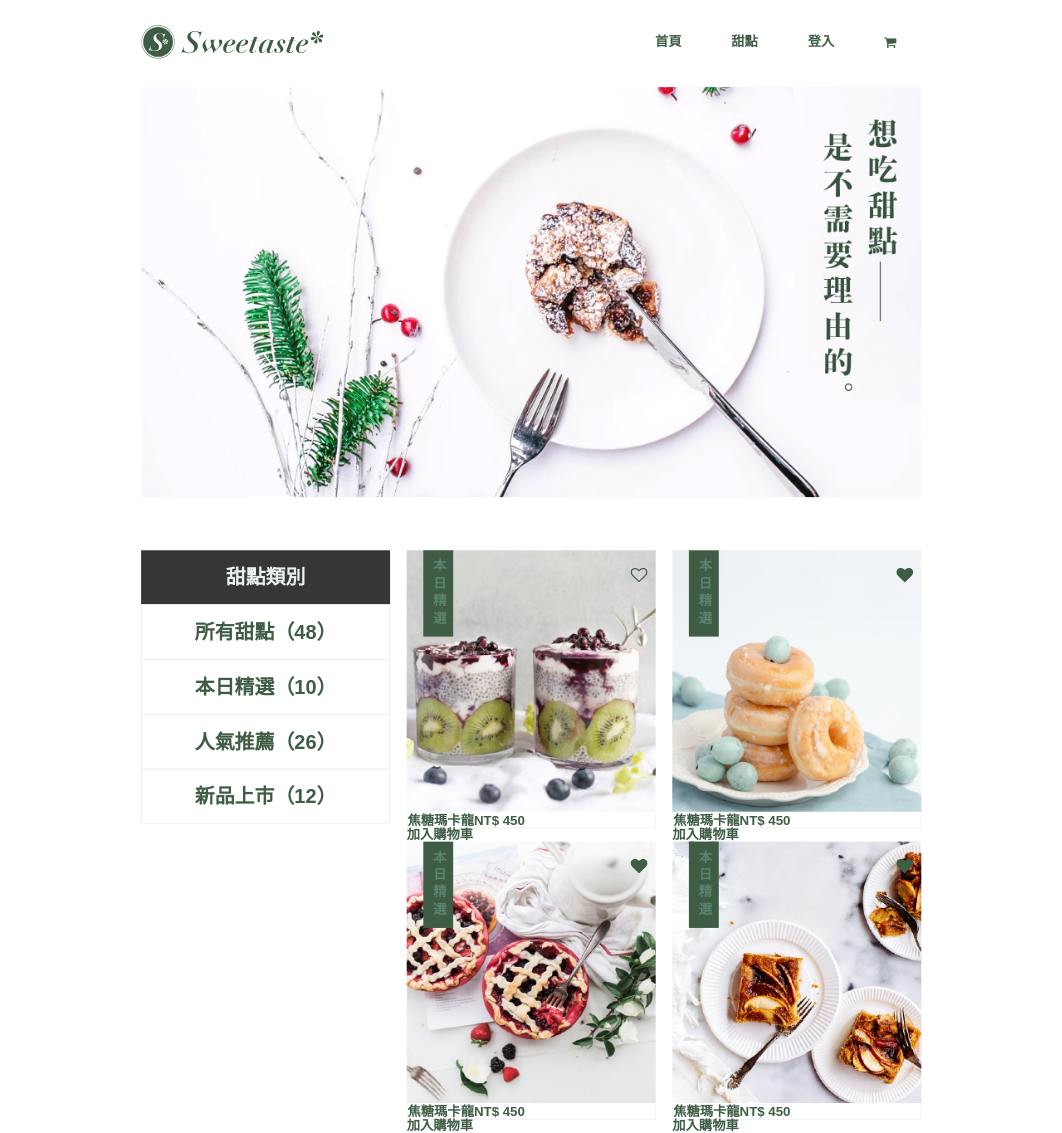
Repository: michelle61219/Sweets
Page: index.html
These files come from the project's save history. The page is drawn as it stood at one moment and after the next save; the edit follows.
The browser window is 1280 px wide. The pictures show the whole page, at 83% of full size.

Above is the page before, as saved 2021-06-13 15:38:41.

After the next save:
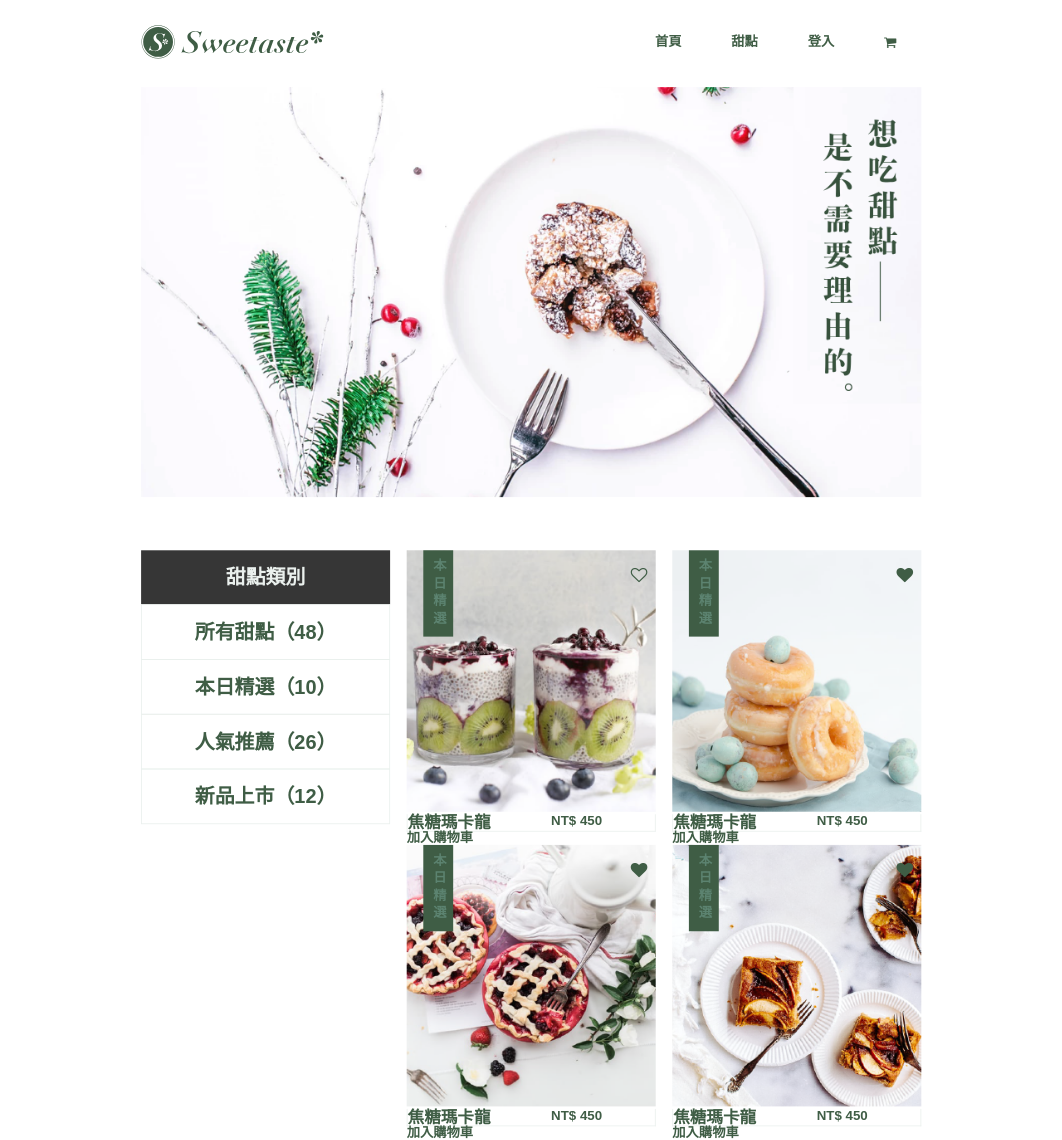
Saved 110 s later.
--- a/style.css
+++ b/style.css
@@ -244,3 +244,9 @@ a {
 	border-left: 1px solid #eaf0ed;
 	border-right: 1px solid #eaf0ed;
 }
+.productList-card-body h2 {
+	font-size: 20px;
+	/* 300-127 */
+	width: 173px;
+	border-right: 1px solid eaf0ed;
+}
